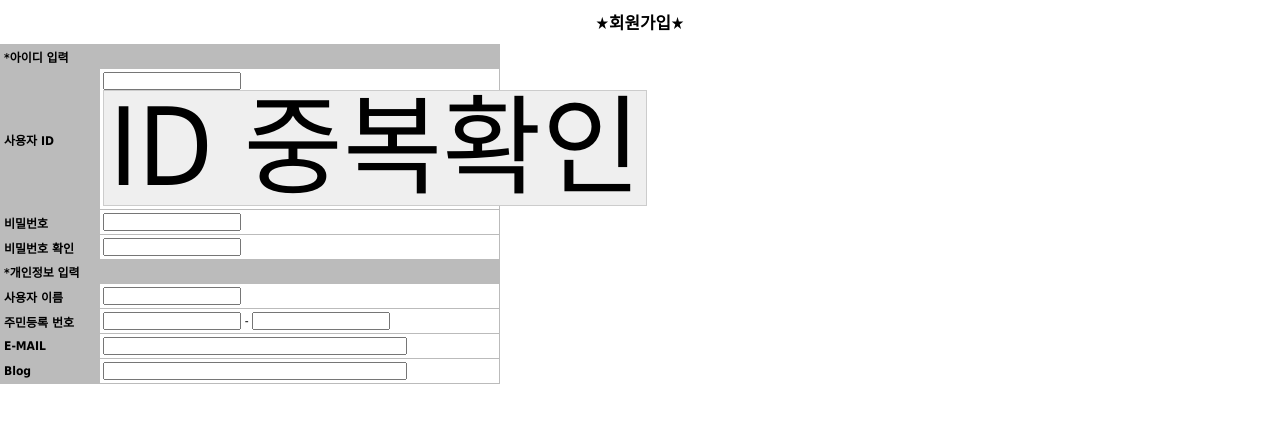
Repository: eParkjongtaek/lovedisket
Page: http://localhost/KH18_1/0904/inputForm.jsp
An editor plug-in stored every save of this project. The page is shown before and after the next save, followed by the edit.
The browser window is 1280 px wide. The pictures show the whole page.
The page is served by Tomcat 9. Other server files are loaded and not shown.

Above is the page before, as saved 2017-09-04 04:23:58.

### source/KH18_1/WebContent/0904/inputForm.jsp
<%@ page language="java" contentType="text/html; charset=EUC-KR"
    pageEncoding="EUC-KR"%>
<!DOCTYPE html PUBLIC "-//W3C//DTD HTML 4.01 Transitional//EN" "http://www.w3.org/TR/html4/loose.dtd">
<html>
<head>
<meta http-equiv="Content-Type" content="text/html; charset=EUC-KR">
<title>회원가입</title>
<link href="style.css" rel="stylesheet" type="text/css" />

<script type="text/javascript">

function checkIt()
{
	var userinput = eval("document.userinput");
	if(!userinput.id.value)
	{
		alert("ID를 입력하세요!");
		return false;
	}

	if(!userinput.passwd.value)
	{
		alert("비밀번호를 입력하세요!");
		return false;
	}

	if(userinput.passwd.value != userinput.passwd2.value)
	{
		alert("비밀번호가 같아요~");
		return false;
	}

	if(!userinput.name.value)
	{
		alert("이름을 입력하세요!");
		return false;
	}

	if(!userinput.jumin1.value || !userinput.jumin2.value)
	{
		alert("주민등록번호를 입력하세요!");
		return false;
	}


}

</script>

</head>
<body>
	<form action="inputPro.jsp" name="userinput" onsubmit="return checkIt();" method="post">

		<h1>★회원가입★</h1>
		<div id="body">

			<table width="500px;">

				<colgroup>
					<col width="20%"/>
					<col width="*"/>
				</colgroup>

				<tr>
					<th colspan="2" class="subTitle">*아이디 입력</th>
				</tr>
				<tr>
					<th>사용자 ID</th>
					<td>
						<input type="text" name="id" maxlength="12" />
						<input type="button" name="confirm_id" value="ID 중복확인" class="inputBtn" onclick="javascript:openConfirmid(this.form);" />
					</td>
				</tr>
				<tr>
					<th>비밀번호</th>
					<td>
						<input type="password" name="passwd" maxlength="12" />
					</td>
				</tr>
				<tr>
					<th>비밀번호 확인</th>
					<td>
						<input type="password" name="passwd2" maxlength="12" />
					</td>
				</tr>
				<tr>
					<th colspan="2" class="subTitle">*개인정보 입력</th>
				</tr>
				<tr>
					<th>사용자 이름</th>
					<td><input type="text" name="name" maxlength="10" />
				</tr>
				<tr>
					<th>주민등록 번호</th>
					<td>
						<input type="text" name="jumin1" maxlength="6" /> -
						<input type="password" name="jumin2" maxlength="7" />
					</td>
				</tr>
				<tr>
					<th>E-MAIL</th>
					<td>
						<input type="text" name="email" class="w300" maxlength="30" />
					</td>
				</tr>
				<tr>
					<th>Blog</th>
					<td>
						<input type="text" name="blog" class="w300" maxlength="50" />
					</td>
				</tr>

			</table>

		</div>

	</form>
</body>
</html>

### source/KH18_1/WebContent/0904/style.css
* {padding:0;margin:0;}
html {font-family: Tahoma, Dotum, "돋움"; font-size: 0.75em; }
body {font-size:1em;text-align:left;}
#wrap {width:500px; margin:0 auto; text-align:left;}
#footer {text-align:center; padding:10px 0;}
#footer input {vertical-align:middle;}
fieldset {border:none;}
legend {display:none; visibility:hidden;}
table {table-layout: fixed; border-collapse: collapse; padding: 0; border-style:solid; border-width:1px 1px 0 1px; border-color:#bbb;}
th {text-align:left; padding:3px; border-collapse:0; border-style:solid; border-width:0 0 1px 0;border-color:#bbb; background:#bbb;}
td {text-align:left; border-collapse:0; border-style:solid; border-width:0 0 1px 0; border-color:#bbb;padding:3px;}
input {font-family:Tahoma, Dotum, "돋움"; font-size:1em;}
td span {font-size:9em; color:#cc0000;}
h1 {font-size:1.4em; text-align:center; padding:10px 0;}
.w300 {width:300px;}
.w380 {wdith:380px;}
.descB {padding:2px 0; display:block;}
th .subTitle {color:#339900; background:#fff !important; padding:8px 0 8px 5px;}
.inputBtn {border:1px solid #ccc; padding:3px 5px; line-height:1em; font-size:9em;}
#footer .inputBtn {font-size:1.2em; font-weight:bold;}

After the next save:
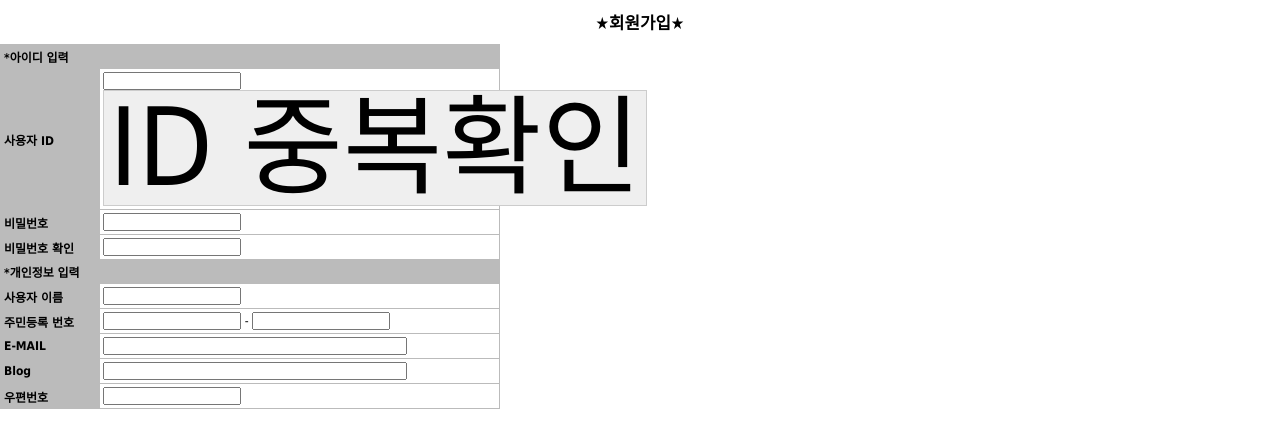
Saved 24 s later.
--- a/source/KH18_1/WebContent/0904/inputForm.jsp
+++ b/source/KH18_1/WebContent/0904/inputForm.jsp
@@ -109,7 +109,12 @@ function checkIt()
 						<input type="text" name="blog" class="w300" maxlength="50" />
 					</td>
 				</tr>
-
+				<tr>
+					<th>우편번호</th>
+					<td>
+						<input type="text" name="zipcode" />
+					</td>
+				</tr>
 			</table>
 
 		</div>
